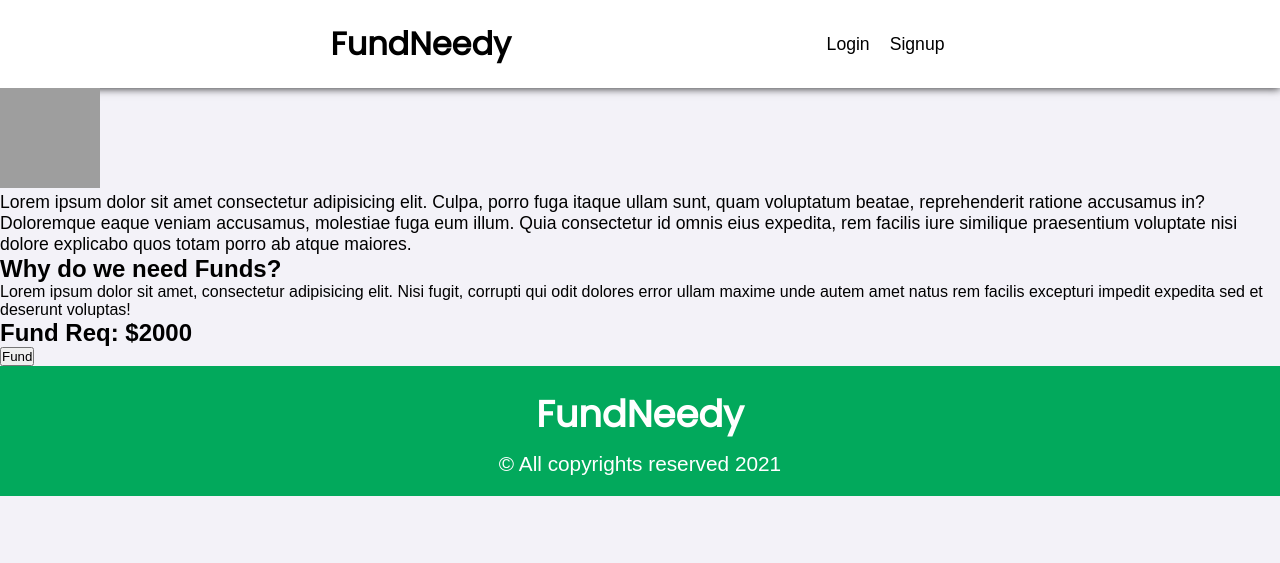
Repository: osdc/codejam
Page: /firmname (app in sassy-sandwiches/fund-needy/)
An editor plug-in stored every save of this project. The page is shown before and after the next save, followed by the edit.
The browser window is 1280 px wide. The pictures show the whole page.
Pictures or frames that could not be fetched are drawn as grey boxes. The project was rebuilt for these pictures with package versions that can differ from the ones it lists, and the page was loaded fresh each time. Also part of the build but not shown: sassy-sandwiches/fund-needy/src/Showcase.css, sassy-sandwiches/fund-needy/src/Showcase.js, sassy-sandwiches/fund-needy/src/Needies.css, sassy-sandwiches/fund-needy/src/Needy.css, sassy-sandwiches/fund-needy/src/Needy.js, sassy-sandwiches/fund-needy/src/Needies.js.

Above is the page before, as saved 2021-01-09 22:00:58.

After the next save:
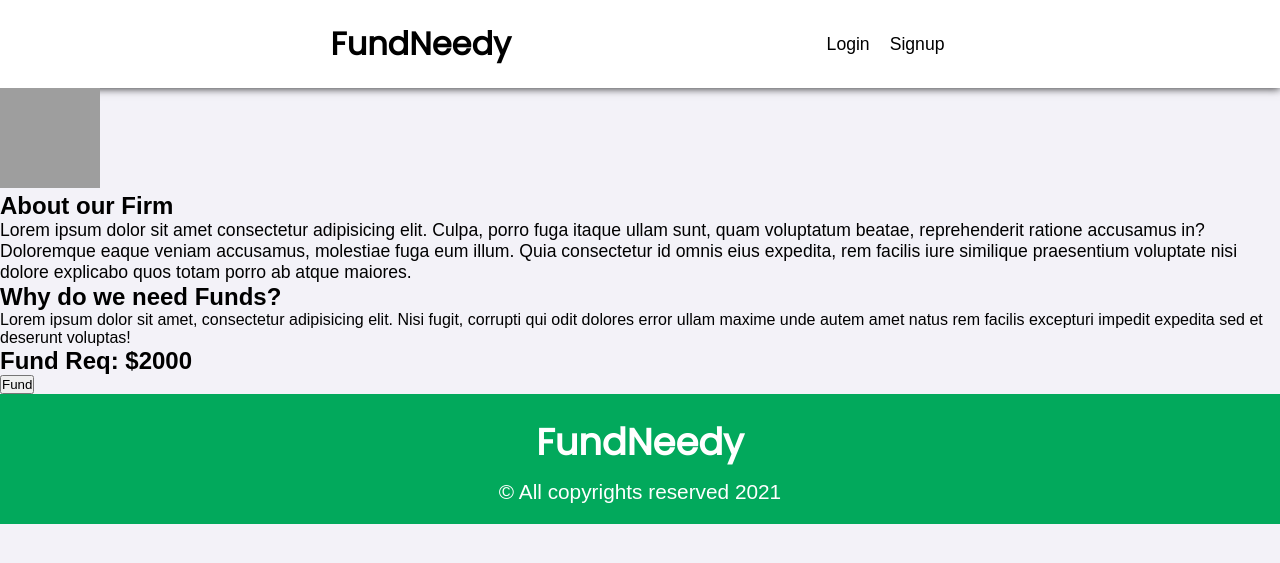
Saved 9 s later.
--- a/sassy-sandwiches/fund-needy/src/FirmFund.js
+++ b/sassy-sandwiches/fund-needy/src/FirmFund.js
@@ -11,6 +11,7 @@ function FirmFund() {
         />
       </div>
       <div className="firmFund_about">
+        <h2>About our Firm</h2>
         <p>
           Lorem ipsum dolor sit amet consectetur adipisicing elit. Culpa, porro
           fuga itaque ullam sunt, quam voluptatum beatae, reprehenderit ratione
